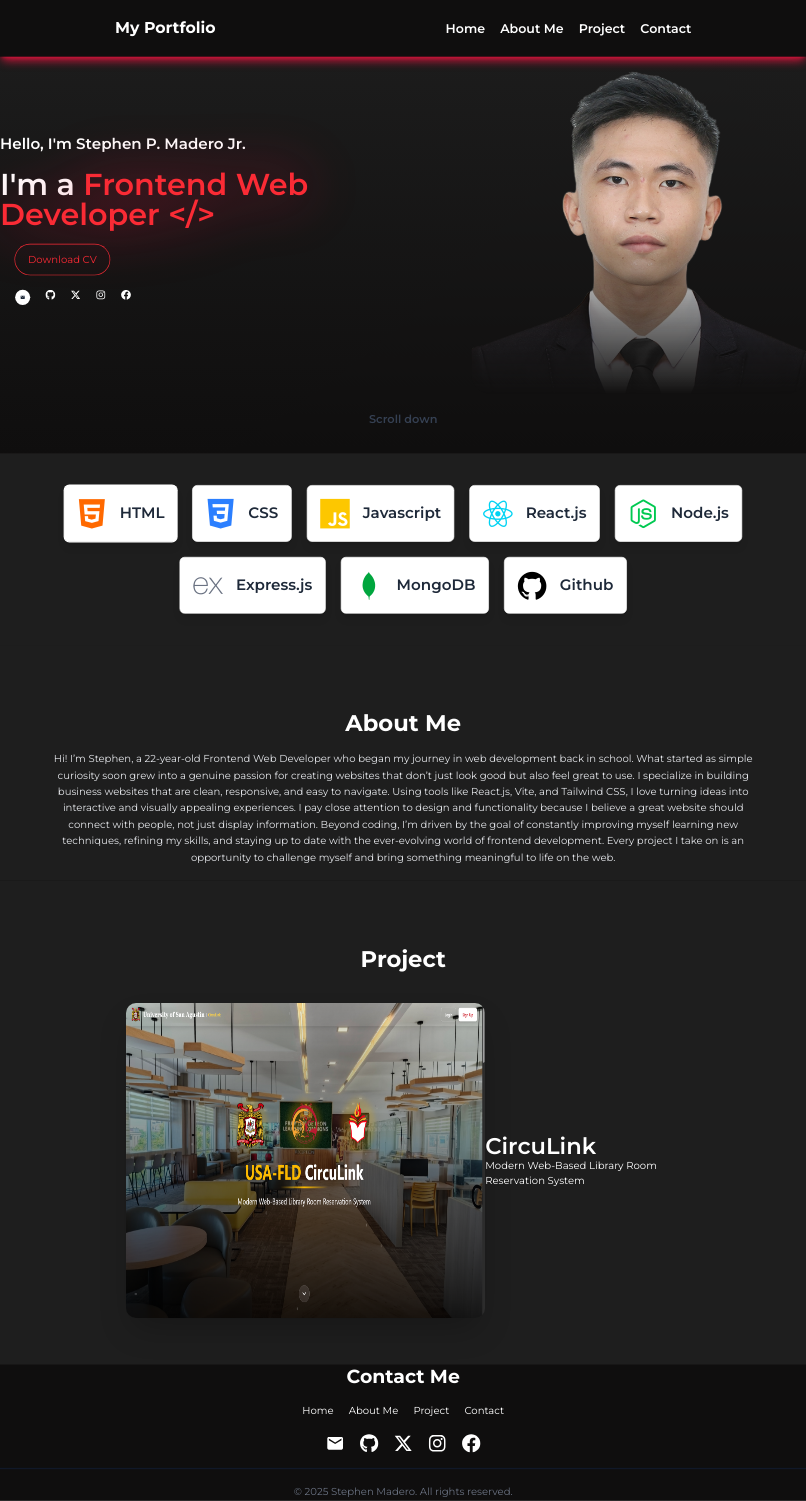
Repository: KaguyaKawaii/portfolio
Page: / (app in frontend/)
These files come from the project's save history. The page is drawn as it stood at one moment and after the next save; the edit follows.
The browser window is 1280 px wide. The pictures show the whole page, at 63% of full size.
Some web libraries are served in a nearby version. The project was rebuilt for these pictures with package versions that can differ from the ones it lists, and the page was loaded fresh each time. Also part of the build but not shown: frontend/vite.config.js.

Above is the page before, as saved 2025-10-29 00:06:18.

### frontend/src/main.jsx
import { StrictMode } from 'react'
import { createRoot } from 'react-dom/client'
import './index.css'
import App from './App.jsx'
import "devicon/devicon.min.css";



createRoot(document.getElementById('root')).render(
  <StrictMode>
    <App />
  </StrictMode>,
)

### frontend/src/index.css
/* ✅ 1️⃣ Google Fonts first */
@import url('https://fonts.googleapis.com/css2?family=Montserrat:wght@400;500;600;700&display=swap');

/* ✅ 2️⃣ Then Tailwind (only once) */
@import "tailwindcss";

/* ✅ 3️⃣ Optional: your own CSS rules */
body {
  font-family: 'Montserrat', sans-serif;
}

html {
  scroll-behavior: smooth;
}

### frontend/src/App.jsx
import { useState } from 'react'
import pic from './assets/image.png'
import project from './assets/project.png'
import project2 from './assets/project2.png'
import { FaGithub, FaInstagram, FaFacebook } from "react-icons/fa";
import { FaXTwitter } from "react-icons/fa6";
import { MdEmail } from "react-icons/md";


function App() {

  return (
    <>
      <header className='bg-[#0F0E0E] h-[90px] w-full shadow-lg shadow-[#dc143c] absolute top-0 z-50'>
        <div className='flex justify-around items-center h-full text-white'>
          <h1 className='font-bold font-montserrat text-[25px]'>My Portfolio</h1>

          <div className='flex font-montserrat gap-6 font-semibold text-[20px]'>

            <button
              onClick={() => {
                document.getElementById("home").scrollIntoView();
              }}
              className="hover:text-red-500 duration-300 cursor-pointer"
            >

            <p className=''>Home</p>
            </button>

            <button
              onClick={() => {
                document.getElementById("about").scrollIntoView();
              }}
              className="hover:text-red-500 duration-300 cursor-pointer"
            >

            <p>About Me</p>
            </button>

            <button
              onClick={() => {
                document.getElementById("project").scrollIntoView();
              }}
              className="hover:text-red-500 duration-300 cursor-pointer"
            >

            <p>Project</p>
            </button>

            <button
              onClick={() => {
                document.getElementById("contact").scrollIntoView();
              }}
              className="hover:text-red-500 duration-300 cursor-pointer"
            >

            <p>Contact</p>
            </button>
          </div>
        </div>
      </header>

      <body className='bg-linear-180 from-[#1E1E1E] to-[#0F0E0E] h-screen text-white'>
        <div id='home' className='flex justify-around items-center h-screen'>
          <div>
            <div className='text-2xl'>
              <h1 className='font-semibold'>Hello, I'm Stephen P. Madero Jr.</h1>

            </div>
            <div className='mt-6 animate-fade-in'>
              <p className='font-semibold text-5xl'>I'm a  <span className="drop-shadow-[0_0_50px_#dc143c] text-red-500 animate-pulse">Frontend Web Developer &lt;/&gt;</span></p>

              <div className='m-6'>

                  <p className='ring-1 ring-red-500 text-red-500 rounded-3xl w-[150px] p-3 text-center hover:text-gray-800 hover:bg-white hover:ring-gray-800 transition-all duration-300 cursor-pointer'>Download CV</p>

              </div>

              <div className='flex gap-6 m-6'>
                {/* Email */}
              <a
                href=""
                className="hover:text-[#dc143c] transition bg-white rounded-full p-2 text-gray-800 w-6 h-6 flex justify-center items-center"
              >
                <MdEmail />
              </a>

              {/* GitHub */}
              <a
                href="https://github.com/stephenmadero"
                target="_blank"
                rel="noopener noreferrer"
                className="hover:text-[#dc143c] transition"
              >
                <FaGithub />
              </a>

              {/* Twitter */}
              <a
                href="https://twitter.com/stephenmadero"
                target="_blank"
                rel="noopener noreferrer"
                className="hover:text-[#dc143c] transition"
              >
                <FaXTwitter />
              </a>

              {/* Instagram */}
              <a
                href="https://instagram.com/stephenmadero"
                target="_blank"
                rel="noopener noreferrer"
                className="hover:text-[#dc143c] transition"
              >
                <FaInstagram />
              </a>

              {/* Facebook */}
              <a
                href="https://facebook.com/stephenmadero"
                target="_blank"
                rel="noopener noreferrer"
                className="hover:text-[#dc143c] transition"
              >
                <FaFacebook />
              </a>
              </div>

            </div>
          </div>

          <div className=''>
          <img
            src={pic}
            alt="profile"
            className="w-full h-full object-cover rounded-4xl"
            style={{
              maskImage: "linear-gradient(to bottom, black 50%, transparent 100%)",
              WebkitMaskImage: "linear-gradient(to bottom, black 50%, transparent 100%)",
            }}
          />
          </div>
        </div>

        <div className='flex justify-center items-center text-gray-700 text-lg font-montserrat font-semibold animate-pulse absolute bottom-10 w-full'>
          Scroll down
        </div>

          {/* Body 2 */}
          <div className='h-full w-full pt-20 pb-20 bg-[#1E1E1E] '>

            <div className='flex gap-6 justify-center items-center h-[20vh] font-semibold text-3xl text-white'>
              <div className="flex flex-wrap gap-6 justify-center">

                <div className="flex flex-wrap gap-6 justify-center text-white">
                  {/* HTML5 */}
                  <div className="flex items-center hover:scale-110 transition-all ring-1 hover:ring-red-100 rounded-lg p-5 gap-5 bg-white shadow-lg hover:shadow-red-500 duration-500">
                    <i className="devicon-html5-plain text-orange-500 text-5xl"></i>
                    <p className='text-2xl text-gray-800 font-semibold'>HTML</p>
                  </div>

                  {/* CSS3 */}
                  <div className="flex items-center hover:scale-110 transition-transform border rounded-lg p-5 gap-5 bg-white shadow-lg hover:shadow-red-500 duration-500">
                    <i className="devicon-css3-plain text-blue-500 text-5xl"></i>
                    <p className='text-2xl text-gray-800 font-semibold'>CSS</p>
                  </div>

                  {/* JavaScript */}
                  <div className="flex items-center hover:scale-110 transition-transform border rounded-lg p-5 gap-5 bg-white shadow-lg hover:shadow-red-500 duration-500">
                    <i className="devicon-javascript-plain text-yellow-400 text-5xl"></i>
                    <p className='text-2xl text-gray-800 font-semibold'>Javascript</p>
                  </div>

                  {/* React.js */}
                  <div className="flex items-center hover:scale-110 transition-transform border rounded-lg p-5 gap-5 bg-white shadow-lg hover:shadow-red-500 duration-500">
                    <i className="devicon-react-original text-cyan-400 text-5xl"></i>
                    <p className='text-2xl text-gray-800 font-semibold'>React.js</p>
                  </div>



                  {/* Node.js */}
                  <div className="flex items-center hover:scale-110 transition-transform border rounded-lg p-5 gap-5 bg-white shadow-lg hover:shadow-red-500 duration-500">
                    <i className="devicon-nodejs-plain text-green-500 text-5xl"></i>
                    <p className='text-2xl text-gray-800 font-semibold'>Node.js</p>
                  </div>

                  {/* Express.js */}
                  <div className="flex items-center hover:scale-110 transition-transform border rounded-lg p-5 gap-5 bg-white shadow-lg hover:shadow-red-500 duration-500">
                    <i className="devicon-express-original text-gray-500 text-5xl"></i>
                    <p className='text-2xl text-gray-800 font-semibold'>Express.js</p>
                  </div>

                  {/* MongoDB */}
                  <div className="flex items-center hover:scale-110 transition-transform border rounded-lg p-5 gap-5 bg-white shadow-lg hover:shadow-red-500 duration-500">
                    <i className="devicon-mongodb-plain text-green-600 text-5xl"></i>
                    <p className='text-2xl text-gray-800 font-semibold'>MongoDB</p>
                  </div>

                  {/* GitHub */}
                  <div className="flex items-center hover:scale-110 transition-transform border rounded-lg p-5 gap-5 bg-white shadow-lg hover:shadow-red-500 duration-500">
                    <i className="devicon-github-original text-black text-5xl"></i>
                    <p className='text-2xl text-gray-800 font-semibold'>Github</p>

                  </div>
                </div>

              </div>

            </div>



          </div>

          <div id='about' className='h-full pt-6 pb-6 bg-[#1E1E1E]'>
              <h1 className='text-white font-montserrat text-4xl font-bold text-center pt-20'>About Me</h1>
              <p className='text-gray-200 font-montserrat text-center mt-6 mx-20 leading-relaxed'>
Hi! I’m Stephen, a 22-year-old Frontend Web Developer who began my journey in web development back in school. What started as simple curiosity soon grew into a genuine passion for creating websites that don’t just look good but also feel great to use.

I specialize in building business websites that are clean, responsive, and easy to navigate. Using tools like React.js, Vite, and Tailwind CSS, I love turning ideas into interactive and visually appealing experiences. I pay close attention to design and functionality because I believe a great website should connect with people, not just display information.

Beyond coding, I’m driven by the goal of constantly improving myself learning new techniques, refining my skills, and staying up to date with the ever-evolving world of frontend development. Every project I take on is an opportunity to challenge myself and bring something meaningful to life on the web.              </p>

          </div>

          <div id='project' className='h-full pt-6 pb-6 bg-[#1E1E1E]'>

            <h1 className='text-white font-montserrat text-4xl font-bold text-center pt-20'>Project</h1>

              <div className='flex flex-col'>
                <div className='flex items-center justify-between mx-50  h-[600px]'>

                  <div>
                    <a href="https://circulink-beta-testing.vercel.app/" target="_blank" rel="">
                    <img src={project}
                    className='rounded-2xl shadow-2xl hover:shadow-red-800 transition-all duration-500 hover:scale-110 w-[800px] h-[500px]'
                    alt="" />
                    </a>
                  </div>

                  <div className=''>
                    <h1 className='text-4xl font-semibold' >CircuLink</h1>
                    <p>Modern Web-Based Library Room Reservation System</p>
                  </div>

                </div>

                {/* <div className='flex items-center justify-between mx-50  h-[600px]'>
                   <div className='text-left'>
                    <h1 className='text-4xl font-semibold' >DeliverDash</h1>
                    <p>Fast and Reliable Delivery Services</p>
                  </div>

                  <div>
                    <img src={project2}
                    className='rounded-2xl  shadow-2xl hover:shadow-red-800 transition-all duration-500 hover:scale-110 w-[800px] h-[500px]'
                    alt="" />
                  </div>



                </div> */}


              </div>


          </div>

          <div id="contact" className="h-[30vh] flex flex-col items-center justify-center bg-[#0F0E0E] text-white text-center">
            <h2 className="text-3xl font-bold mb-6">Contact Me</h2>
            <div className='flex gap-6'>
              <button
              onClick={() => {
                document.getElementById("home").scrollIntoView();
              }}
              className="hover:text-red-500 duration-300 cursor-pointer"
            >

            <p className=''>Home</p>
            </button>

            <button
              onClick={() => {
                document.getElementById("about").scrollIntoView();
              }}
              className="hover:text-red-500 duration-300 cursor-pointer"
            >

            <p>About Me</p>
            </button>

            <button
              onClick={() => {
                document.getElementById("project").scrollIntoView();
              }}
              className="hover:text-red-500 duration-300 cursor-pointer"
            >

            <p>Project</p>
            </button>

            <button
              onClick={() => {
                document.getElementById("contact").scrollIntoView();
              }}
              className="hover:text-red-500 duration-300 cursor-pointer"
            >

            <p>Contact</p>
            </button>
            </div>

            <div className="flex justify-center gap-6 text-3xl mt-6">




              {/* Email */}
              <a
                href="mailto:stephenmadero.dev@gmail.com"
                className="hover:text-[#dc143c] transition"
              >
                <MdEmail />
              </a>

              {/* GitHub */}
              <a
                href="https://github.com/stephenmadero"
                target="_blank"
                rel="noopener noreferrer"
                className="hover:text-[#dc143c] transition"
              >
                <FaGithub />
              </a>

              {/* Twitter */}
              <a
                href="https://twitter.com/stephenmadero"
                target="_blank"
                rel="noopener noreferrer"
                className="hover:text-[#dc143c] transition"
              >
                <FaXTwitter />
              </a>

              {/* Instagram */}
              <a
                href="https://instagram.com/stephenmadero"
                target="_blank"
                rel="noopener noreferrer"
                className="hover:text-[#dc143c] transition"
              >
                <FaInstagram />
              </a>

              {/* Facebook */}
              <a
                href="https://facebook.com/stephenmadero"
                target="_blank"
                rel="noopener noreferrer"
                className="hover:text-[#dc143c] transition"
              >
                <FaFacebook />
              </a>
            </div>



            <div className='border-t-2 w-full mt-6 border-gray-900'>
              <p className="mt-6 text-gray-500">© 2025 Stephen Madero. All rights reserved.</p>
            </div>
          </div>

      </body>




    </>
  )
}

export default App

Loaded but not shown: frontend/index.html (common file)

After the next save:
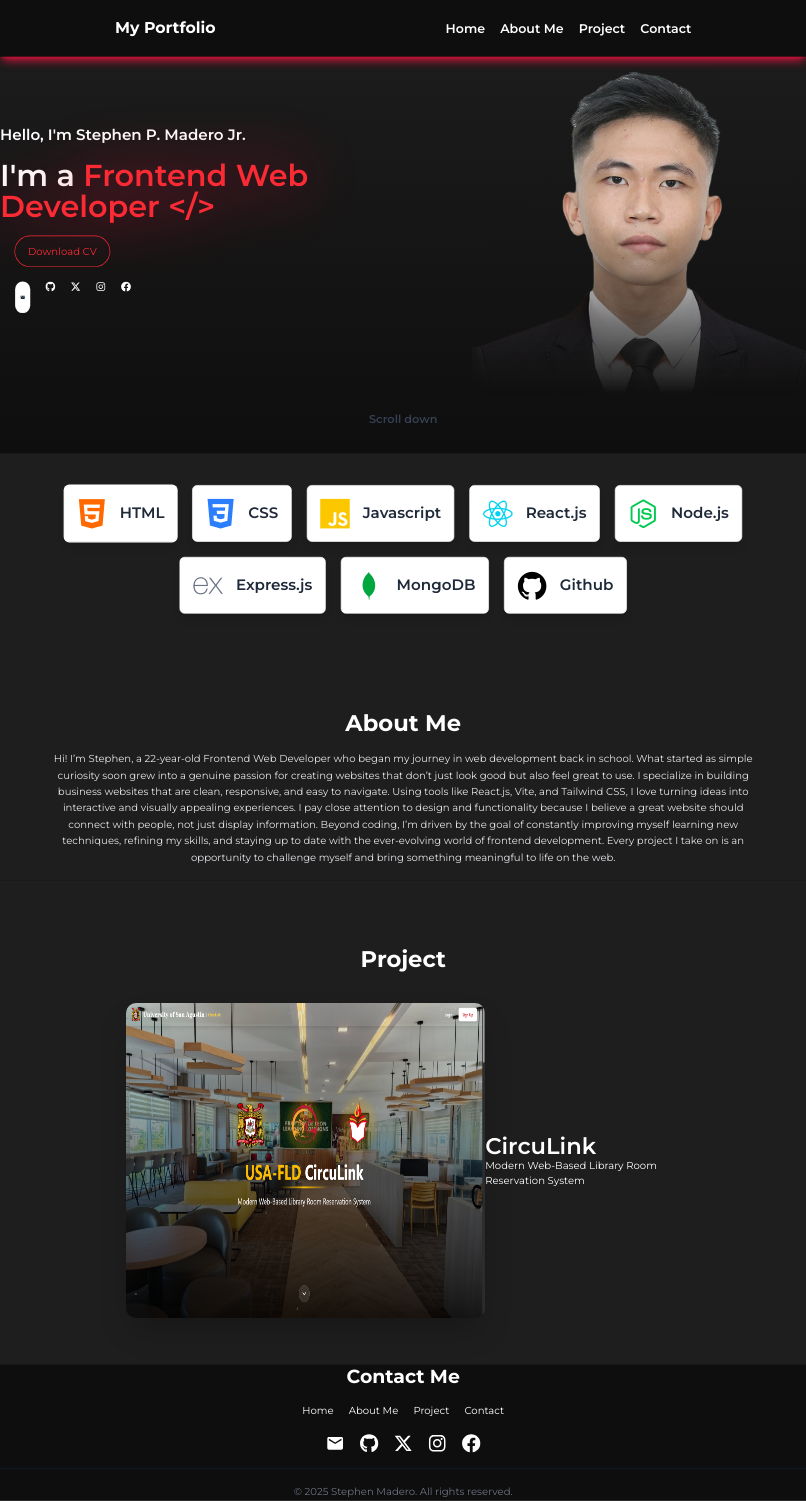
Saved 6 s later.
--- a/frontend/src/App.jsx
+++ b/frontend/src/App.jsx
@@ -80,7 +80,7 @@
                 {/* Email */}
               <a
                 href=""
-                className="hover:text-[#dc143c] transition bg-white rounded-full p-2 text-gray-800 w-6 h-6 flex justify-center items-center"
+                className="hover:text-[#dc143c] transition bg-white rounded-full p-2 text-gray-800 w-6 h-[50px] flex justify-center items-center"
               >
                 <MdEmail />
               </a>
